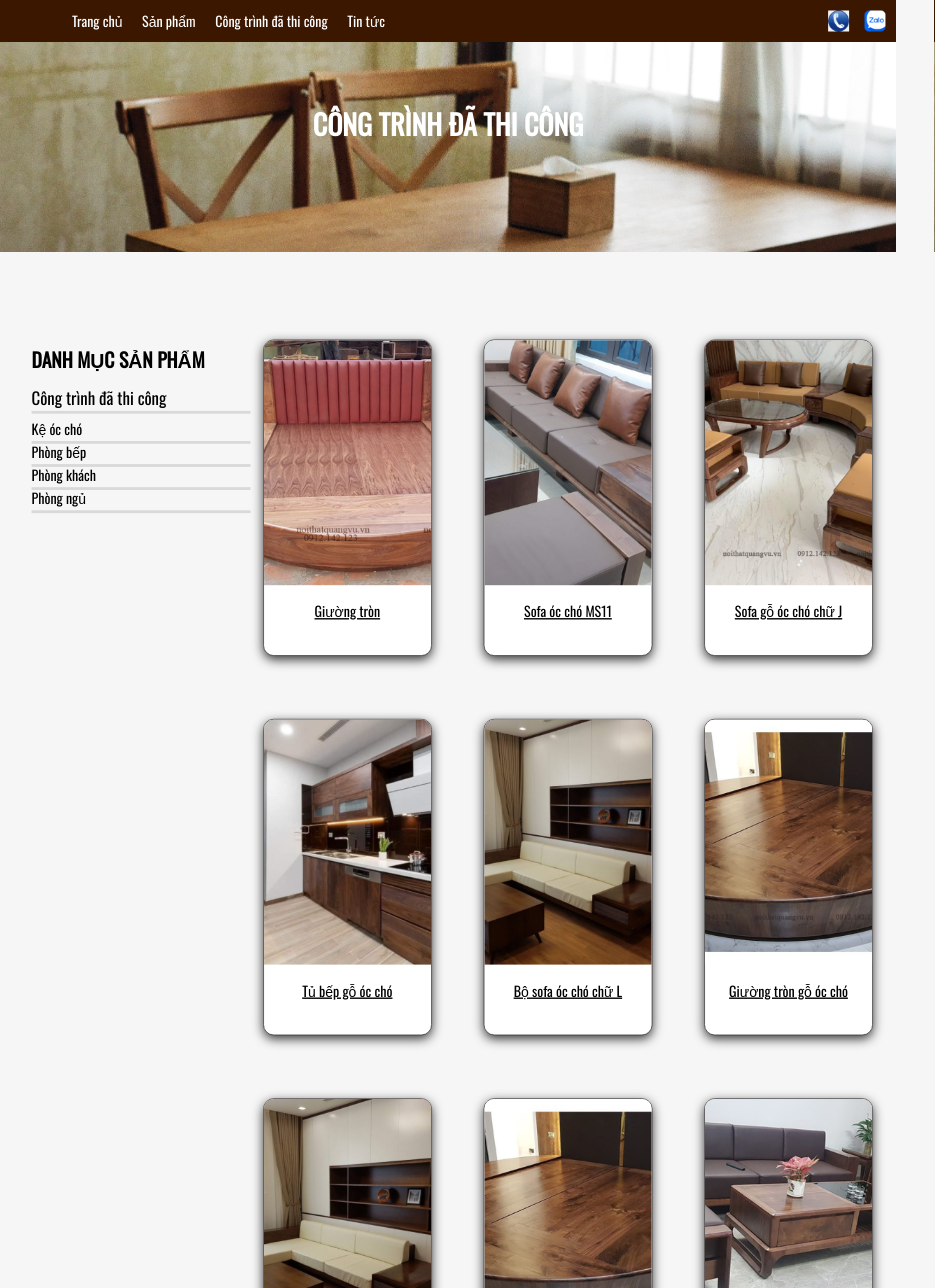
Repository: KHANHD192/FigmaTo-HTML
Page: APP-SHOP/ctdtc.html
These files come from the project's save history. The page is drawn as it stood at one moment and after the next save; the edit follows.
The browser window is 1280 px wide. The page is 1335 px wide, so the pictures cover 1335 px, including what lies to the right of the window. The pictures show the part of the page from y = 0 to 1840 px (the page is 3283 px tall before and 3275 px after), at 70% of full size.

Above is the page before, as saved 2022-11-22 15:57:20.

After the next save:
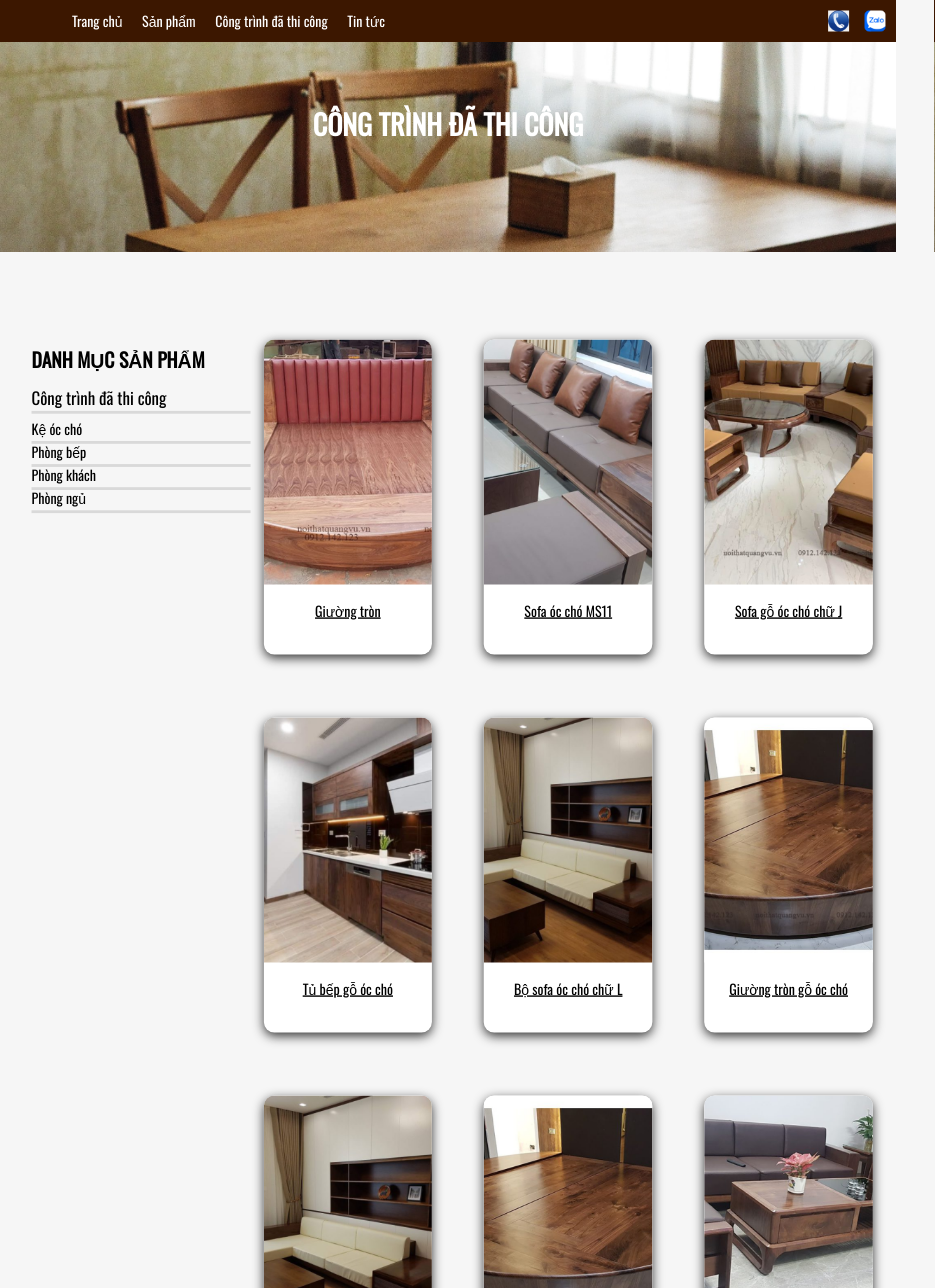
Saved 16 s later.
--- a/APP-SHOP/asset/Css_main/main.css
+++ b/APP-SHOP/asset/Css_main/main.css
@@ -35,7 +35,6 @@
 .list__item li {
    max-width: 350px;
     height: 450px;
-    border:  1px solid #332F2F;
     margin-right: 74px;
     background-color: #ffffff;
     overflow:hidden;
